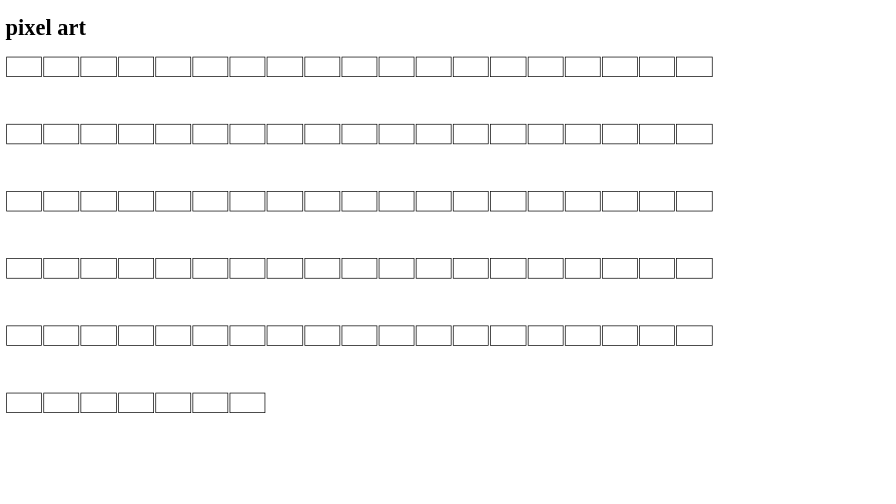
Repository: bechara611/pixelartdb
Page: /
An editor plug-in stored every save of this project. The page is shown before and after the next save, followed by the edit.
The browser window is 1280 px wide. The pictures show the part of the page from y = 0 to 1920 px (the page is 720 px tall before and 9503 px after), at 70% of full size.
The project was rebuilt for these pictures with package versions that can differ from the ones it lists, and the page was loaded fresh each time. Also part of the build but not shown: vite.config.js.

Above is the page before, as saved 2023-03-05 20:22:12.

### src/main.jsx
import React from 'react'
import ReactDOM from 'react-dom/client'
import App from './App'


ReactDOM.createRoot(document.getElementById('root')).render(

    <App />

)

### src/App.jsx

import { useEffect, useState } from 'react'
import './App.css'
import { Pixel } from './Pixel'

const App=()=> {
  const [tamano, settamano] = useState({
    t:10,
    h:1,
    w:1
  })
const  [pixels, setPixels] = useState([])

useEffect(() => {
  let contenedor = document.getElementById('contenedor')
console.log(contenedor.offsetHeight)
console.log(contenedor.offsetWidth)
let row = Math.floor(contenedor.offsetHeight/10)
let col = Math.floor(contenedor.offsetWidth/10);
setPixels(Array.from({length:col}))
}, [])

const funcionArray=(index)=>{
  let nuevoArray = [...pixels]
  console.log(index)
 console.log(!nuevoArray[index])
}

  return (
    <>
      <h1>pixel art</h1>

      <div className="contenedor" id='contenedor'>
      {
        pixels.map((a,index)=>{
          return <Pixel key={index}
                  funcion={()=>funcionArray(index)}
          ></Pixel>
        })
      }

      </div>
    </>
  )
}

export default App

### src/App.css
.pixel {
  width: calc(100%/20);
  height: calc(100%/20);
  border: 1px solid black;
  margin: 1px;
  box-sizing: border-box;

}

.active {
  background: green;
}

.contenedor {

  display: flex;
  flex-direction: row;
  flex-wrap: wrap;


  width: 80vw;
  height: 80vh;

}

### src/Pixel.jsx
import React, { useState } from 'react'
import './App.css'
import {selectableGroup, createSelectable} from 'react-selectable-fast'
export const Pixel = (props) => {
    const [isActive, setisActive] = useState(false)
  return (

 <div className={`pixel ${props.active ? 'active' : ''}`} style={{ background:props.active ? props.color : ''}}
 onClick={()=>{
    setisActive(!isActive)
    props.funcion();
}}
onMouseDown={()=>{props.onMouseDown()}}
onMouseUp={()=>{props.onMouseUp()}}
onTouchEnd={()=>{props.onMouseUp()}}
onMouseOver={()=>{props.onMouseOver()}}
onTouchStart={()=>{{
    props.onMouseDown()
    props.onMouseOver()}}}
 >

 </div>
  )
}

Loaded but not shown: index.html (common file)

After the next save:
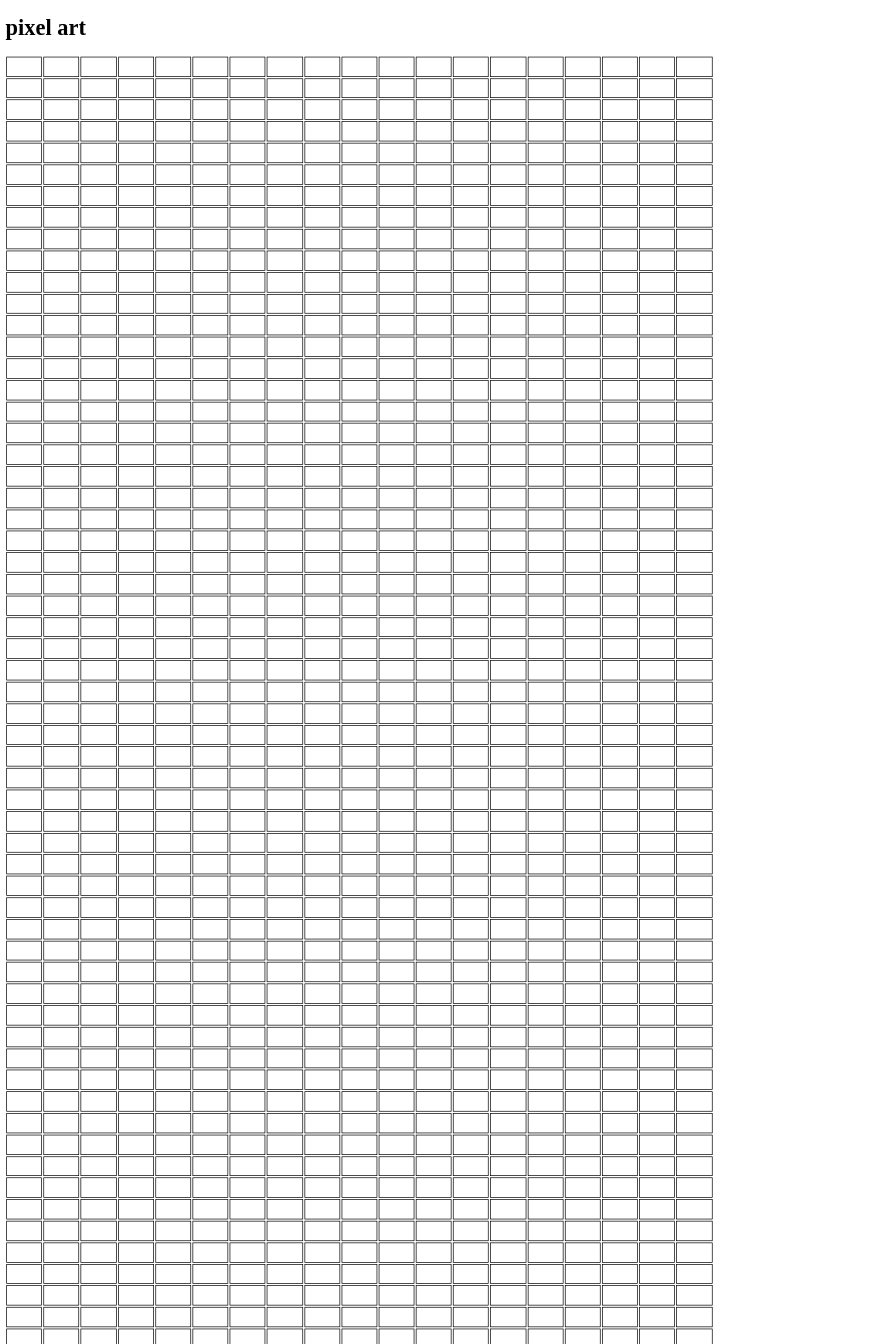
Saved 6 s later.
--- a/src/App.jsx
+++ b/src/App.jsx
@@ -17,7 +17,7 @@ console.log(contenedor.offsetHeight)
 console.log(contenedor.offsetWidth)
 let row = Math.floor(contenedor.offsetHeight/10)
 let col = Math.floor(contenedor.offsetWidth/10);
-setPixels(Array.from({length:col}))
+setPixels(Array.from({length:col*row}))
 }, [])
 
 const funcionArray=(index)=>{
